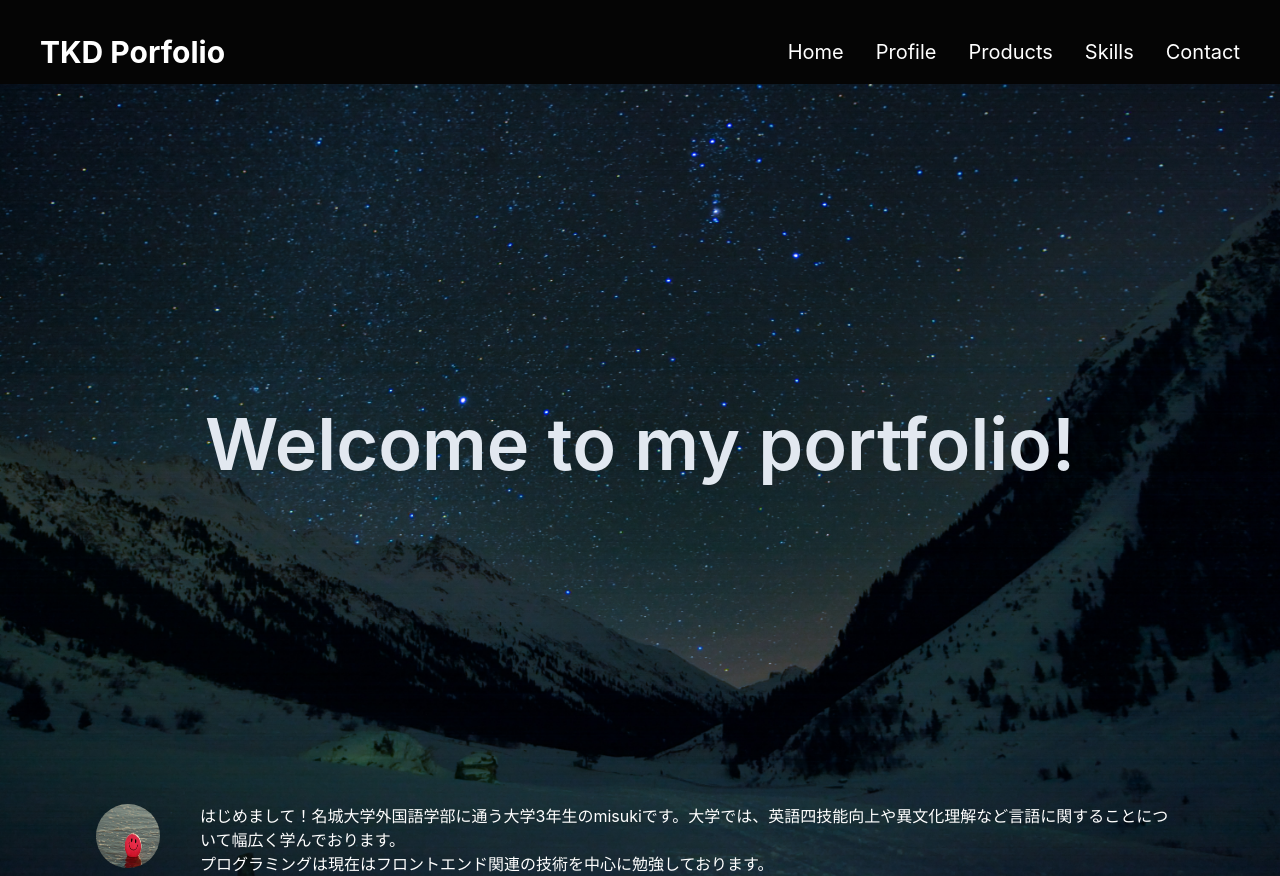
Repository: MitukiTakada/todo-aplication
Page: / (app in design/dev/react-tailwind/react-tailwind/)
An editor plug-in stored every save of this project. The page is shown before and after the next save, followed by the edit.
The browser window is 1280 px wide. The pictures show the whole page.
The project was rebuilt for these pictures with package versions that can differ from the ones it lists, and the page was loaded fresh each time. Also part of the build but not shown: design/dev/react-tailwind/react-tailwind/src/components/Contact.jsx, design/dev/react-tailwind/react-tailwind/src/components/Products.jsx, design/dev/react-tailwind/react-tailwind/src/components/Profile.jsx, design/dev/react-tailwind/react-tailwind/src/components/Skills.jsx.

Above is the page before, as saved 2022-11-19 14:53:11.

### design/dev/react-tailwind/react-tailwind/public/index.html
<!DOCTYPE html>
<html lang="en">
  <head>
    <meta charset="utf-8" />
    <link rel="icon" href="%PUBLIC_URL%/favicon.ico" />
    <meta name="viewport" content="width=device-width, initial-scale=1" />
    <meta name="theme-color" content="#000000" />
    <meta
      name="description"
      content="Web site created using create-react-app"
    />
    <link rel="apple-touch-icon" href="%PUBLIC_URL%/logo192.png" />
    <link rel ="stylesheet" href="https://cdnjs.cloudflare.com/ajax/libs/font-awesome/5.15.3/css/all.min.css">
    <!--
      manifest.json provides metadata used when your web app is installed on a
      user's mobile device or desktop. See https://developers.google.com/web/fundamentals/web-app-manifest/
    -->
    <link rel="manifest" href="%PUBLIC_URL%/manifest.json" />
    <!--
      Notice the use of %PUBLIC_URL% in the tags above.
      It will be replaced with the URL of the `public` folder during the build.
      Only files inside the `public` folder can be referenced from the HTML.

      Unlike "/favicon.ico" or "favicon.ico", "%PUBLIC_URL%/favicon.ico" will
      work correctly both with client-side routing and a non-root public URL.
      Learn how to configure a non-root public URL by running `npm run build`.
    -->
    <title>React App</title>
  </head>
  <body>
    <noscript>You need to enable JavaScript to run this app.</noscript>
    <div id="root"></div>
    <!--
      This HTML file is a template.
      If you open it directly in the browser, you will see an empty page.

      You can add webfonts, meta tags, or analytics to this file.
      The build step will place the bundled scripts into the <body> tag.

      To begin the development, run `npm start` or `yarn start`.
      To create a production bundle, use `npm run build` or `yarn build`.
    -->
  </body>
</html>

### design/dev/react-tailwind/react-tailwind/src/index.jsx
import React from 'react';
import ReactDOM from 'react-dom/client';
import './index.css';
import App from './App';
import reportWebVitals from './reportWebVitals';
import { BrowserRouter } from 'react-router-dom';
import { ChakraProvider } from '@chakra-ui/provider';

const root = ReactDOM.createRoot(document.getElementById('root'));
root.render(
  <React.StrictMode>
    <BrowserRouter>
        <ChakraProvider>
          <App />
        </ChakraProvider>
    </BrowserRouter>
  </React.StrictMode>
);

// If you want to start measuring performance in your app, pass a function
// to log results (for example: reportWebVitals(console.log))
// or send to an analytics endpoint. Learn more: https://bit.ly/CRA-vitals
reportWebVitals();

### design/dev/react-tailwind/react-tailwind/src/App.jsx
import { BrowserRouter, Routes, Route } from "react-router-dom";
import Contact from "./components/Contact";
import Header from "./components/Header";
import Home from "./components/Home";
import Products from "./components/Products";
import Profile from "./components/Profile";
import Skills from "./components/Skills";


function App() {
  return (
    <div className=" bg-body  text-white w-full sm:px-0 pt-5">
     <Header />
      <Routes>
        <Route path="/" element={<Home />}/>
        <Route path="/prfole" element={<Profile />}/>
        <Route path="products" element={<Products />}/>
        <Route path="/skills" element={<Skills />}/>
        <Route path="/contact" element={<Contact />}/>
      </Routes>
    </div>
  );
}

export default App;

### design/dev/react-tailwind/react-tailwind/src/components/Header.jsx
import React from 'react'
import { Link } from 'react-router-dom'
import "./output.css"
import Hamburger from './atoms/Hamburger'

const Header = () => {
  return (
    <header className="container flex justify-between  w-full items-center mr-0 relative h-16 px-10">
      <div>
        <h2 className="text-2xl font-bold md:text-3xl">TKD Porfolio</h2>
      </div>
      <nav className="flex space-x-8 text-xl ml-8 items-center hidden md:block">
        <Link to={"/"} className="link">Home</Link>
        <Link to={"/profile"} className="link">Profile</Link>
        <Link to={"/products"} className="link">Products</Link>
        <Link to={"/skills"} className="link">Skills</Link>
        <Link to={"/contact"} className="link">Contact</Link>
      </nav>
      <Hamburger className="md:hidden absolute right-3"/>
    </header>
  )
}

export default Header

### design/dev/react-tailwind/react-tailwind/src/components/Home.jsx
import React from 'react'
import mainImage from "../images/main-image.jpeg"
import "./Home.css";
import userImage from "../images/user.jpg"

const Home = () => {
  return (
    <div className="home ">
      <div className="items-center ">
        <h1 className=" font-semibold text-3xl 100v text-center text-slate-200 lg:text-7xl md:text-5xl">Welcome to my portfolio!</h1>
      </div>
      <div className="flex mx-auto px-24 space-x-10">
        <img src={userImage} alt="" className="h-16 w-16 rounded-full"/>
        <p>
          はじめまして！名城大学外国語学部に通う大学3年生のmisukiです。大学では、英語四技能向上や異文化理解など言語に関することについて幅広く学んでおります。
          <br />
          プログラミングは現在はフロントエンド関連の技術を中心に勉強しております。
        </p>
      </div>
    </div>
  )
}

export default Home

### design/dev/react-tailwind/react-tailwind/src/components/output.css
.link {
  @apply hover:text-purple-400 transition-all duration-300;
}
.drawer-link {
  @apply hover:text-purple-400 transition-all duration-300 text-xl block text-center my-3;
}
.contact-btn {
  @apply bg-purple-500 font-bold text-xl px-3 py-2 rounded border-none hover:bg-purple-800 duration-300 transition-all mt-10
}
.secondary-title {
  @apply text-3xl font-bold;
}
.secondary-title::before {
  content: "";
  @apply block w-12 h-2 bg-purple-400 rounded-full mb-1;
}

.section-paragraph {
  @apply text-secondary my-6 w-full max-w-3xl
}

.badge {
  @apply px-4 py-2 text-sm rounded bg-badge block
}

.send-btn {
  @apply bg-teal-400 font-bold text-xl px-3 py-2 rounded border-none hover:bg-teal-600 duration-300 transition-all mt-10
}

### design/dev/react-tailwind/react-tailwind/src/components/atoms/Hamburger.jsx
import React from 'react'
import {
  Drawer,
  DrawerBody,
  DrawerOverlay,
  DrawerContent,
  DrawerCloseButton,
  useDisclosure,
  Button
} from '@chakra-ui/react'
import { Link } from 'react-router-dom';
import { HamburgerIcon } from '@chakra-ui/icons';

const Hamburger = () => {
  const { isOpen, onOpen, onClose } = useDisclosure()
  return (
    <div className="md:hidden">
        <HamburgerIcon h={30} w={30} className="hover:text-purple-400 duration-300 transition-all cursor-pointer"
        onClick={onOpen}
        />
        <Drawer isOpen={isOpen} onClose={onClose} placement="left" size="xs">
          <DrawerOverlay>
            <DrawerContent>
              <DrawerBody className="w-2/5 bg-slate-200 h-full p-12">
                <div className="z-20 space-y-5 text-xl">
                  <Link to={"/"} className="link drawer-link">Home</Link>
                  <Link to={"/profile"} className="link drawer-link">Profile</Link>
                  <Link to={"/products"} className="link drawer-link">Products</Link>
                  <Link to={"/skills"} className="link drawer-link">Skills</Link>
                  <Link to={"/contact"} className="link drawer-link">Contact</Link>
                  <DrawerCloseButton className="text-white text-md  p-2 rounded mt-15 mx-auto bg-red-400 transition-all duration-300 hover:bg-red-700 ">閉じる</DrawerCloseButton>
                </div>
              </DrawerBody>
            </DrawerContent>
          </DrawerOverlay>
        </Drawer>
      </div>
  )
}

export default Hamburger

### design/dev/react-tailwind/react-tailwind/src/components/Home.css
.home {
  background-image: url(../images/mountain.jpeg);
  background-position: center;
  background-size: cover;
  height: 100%;
  width: 100%;
}

.home h1 {
  line-height: 100vh;
  align-items: center;
}

### design/dev/react-tailwind/react-tailwind/tailwind.config.js
/** @type {import('tailwindcss').Config} */
module.exports = {
  content: [
    "./src/**/*.{js,jsx,ts,tsx}",
  ],
  theme: {
    extend: {

      colors: {
        body: "#050505",
        secondary: "#9191A4",
        badge: "#3F3F51"
      },
      lineHeight: {
        "100v": "100vh"
      }
    },
  },
  plugins: [],
}

Loaded but not shown: design/dev/react-tailwind/react-tailwind/src/index.css (common file); design/dev/react-tailwind/react-tailwind/src/reportWebVitals.js (common file)

After the next save:
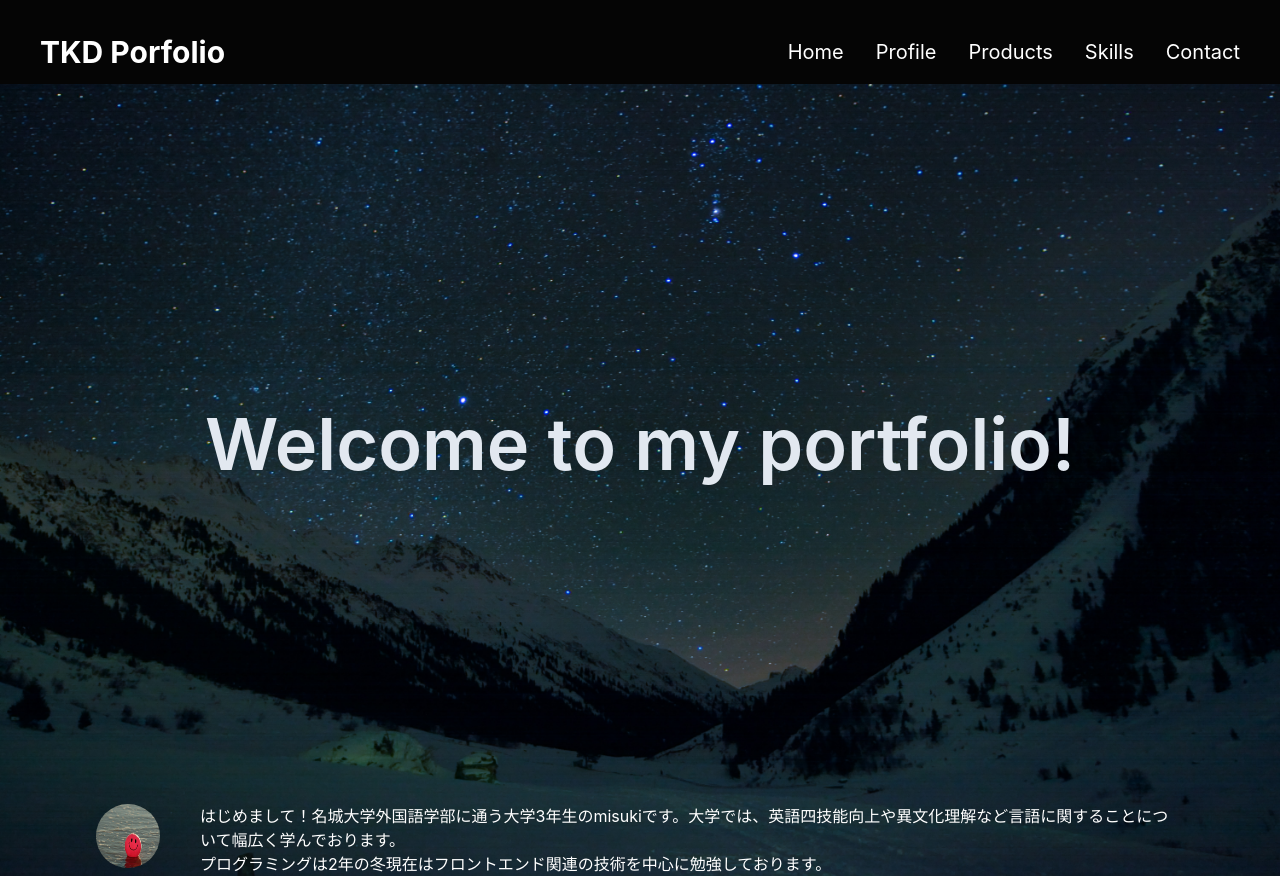
Saved 6 s later.
--- a/design/dev/react-tailwind/react-tailwind/src/components/Home.jsx
+++ b/design/dev/react-tailwind/react-tailwind/src/components/Home.jsx
@@ -14,7 +14,7 @@ const Home = () => {
         <p>
           はじめまして！名城大学外国語学部に通う大学3年生のmisukiです。大学では、英語四技能向上や異文化理解など言語に関することについて幅広く学んでおります。
           <br />
-          プログラミングは現在はフロントエンド関連の技術を中心に勉強しております。
+          プログラミングは2年の冬現在はフロントエンド関連の技術を中心に勉強しております。
         </p>
       </div>
     </div>
